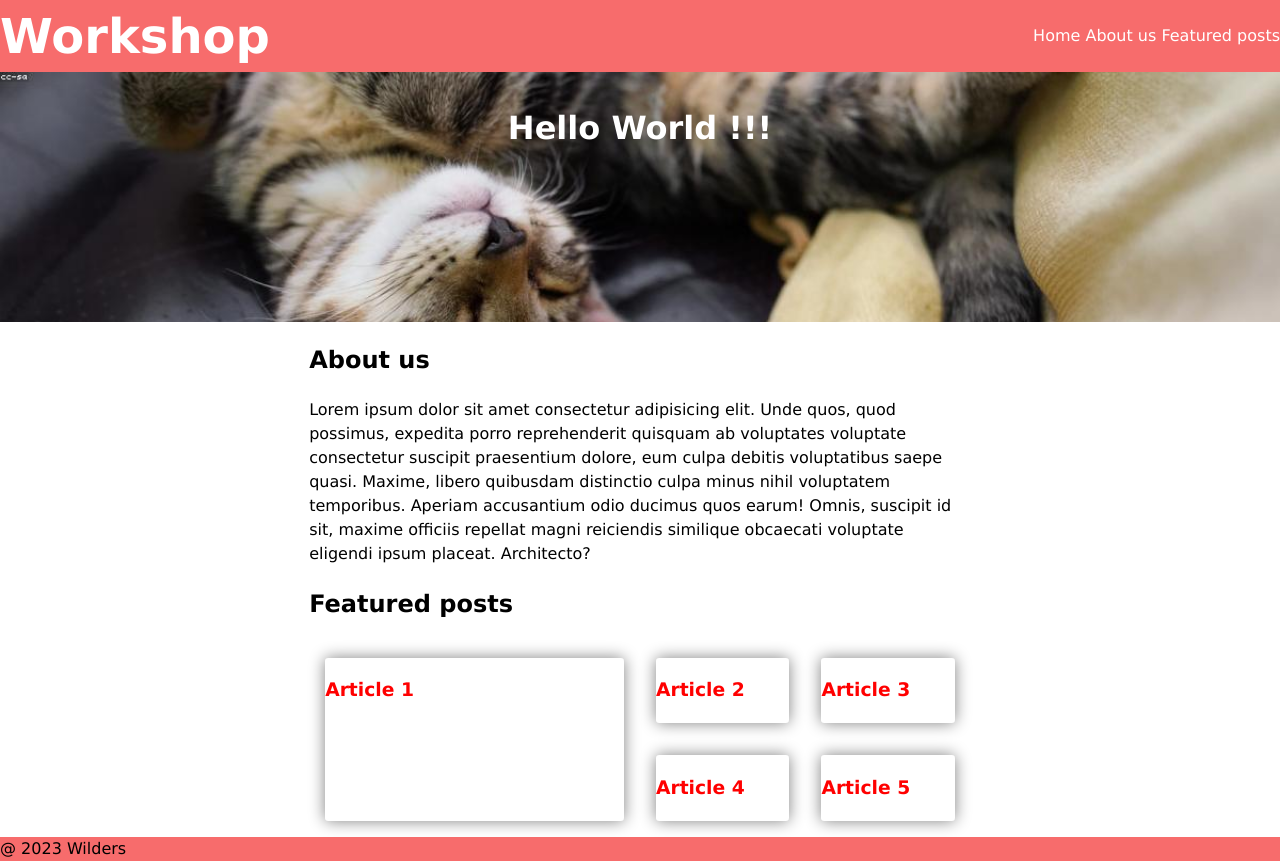
Repository: PPaillard/cssresponsive
Page: index.html
The author's editor kept a copy of each file at every save. The page is drawn from the files as they stood at one save, then again after the next save.
The browser window is 1280 px wide. The pictures show the whole page.

Above is the page before, as saved 2023-03-03 15:43:35.

After the next save:
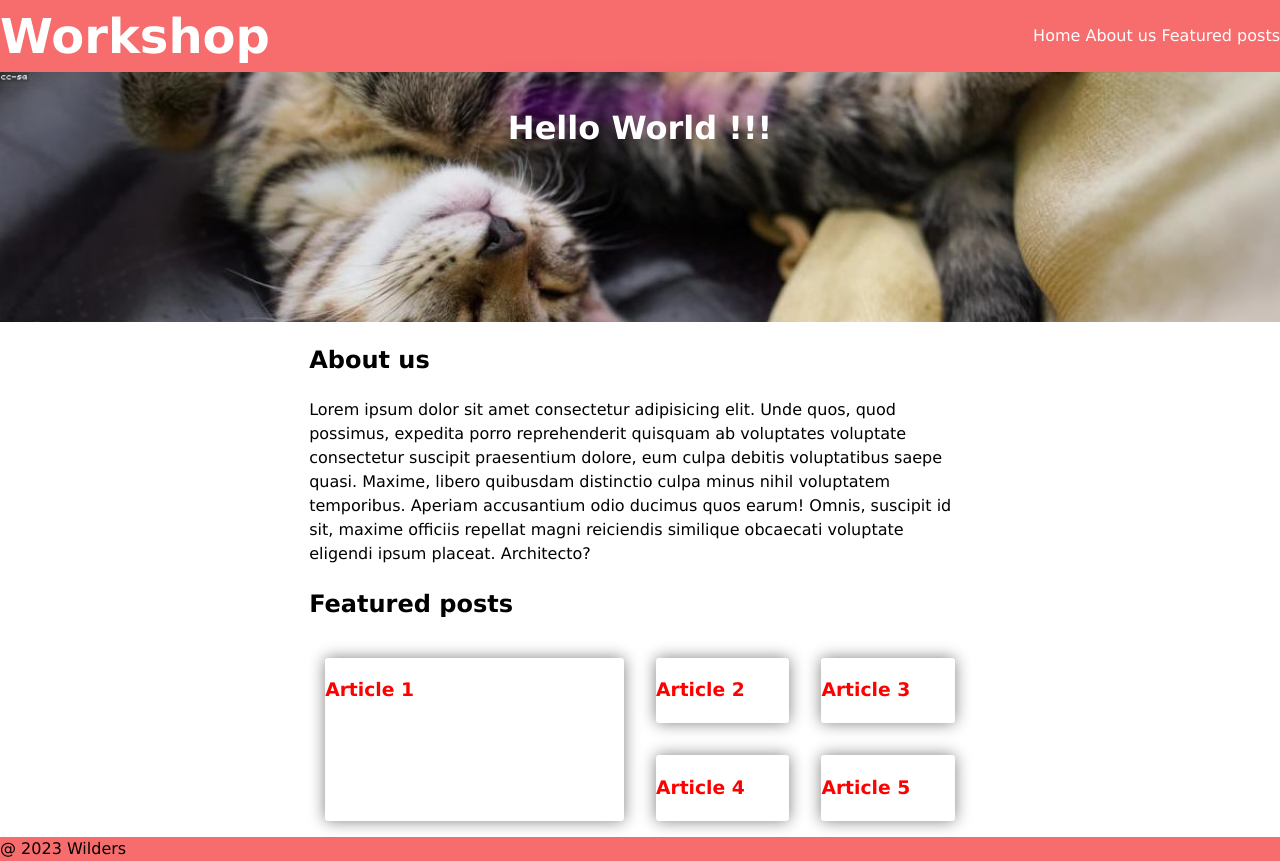
Saved 3 min 32 s later.
--- a/style.css
+++ b/style.css
@@ -94,3 +94,9 @@ footer {
     grid-row: 1/3;
   }
 }
+
+@media screen {
+  header > h1 {
+    filter: drop-shadow(0 -6mm 4mm rgb(160, 0, 210));
+  }
+}
